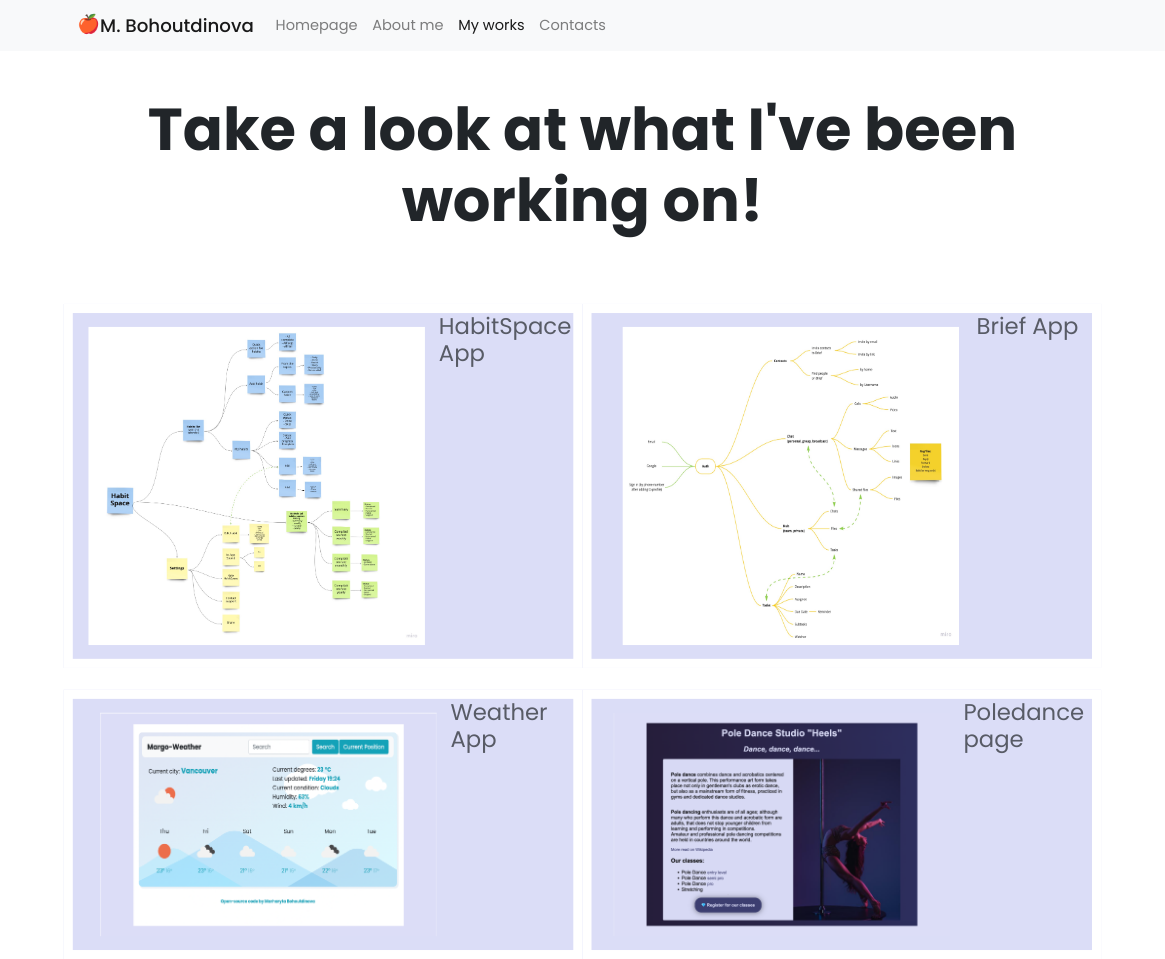
Repository: Bohoutdinova/Portfolio_week-4
Page: works.html
The author's editor kept a copy of each file at every save. The page is drawn from the files as they stood at one save, then again after the next save.
The browser window is 1280 px wide. The pictures show the whole page, at 91% of full size.

Above is the page before, as saved 2022-08-12 16:33:47.

After the next save:
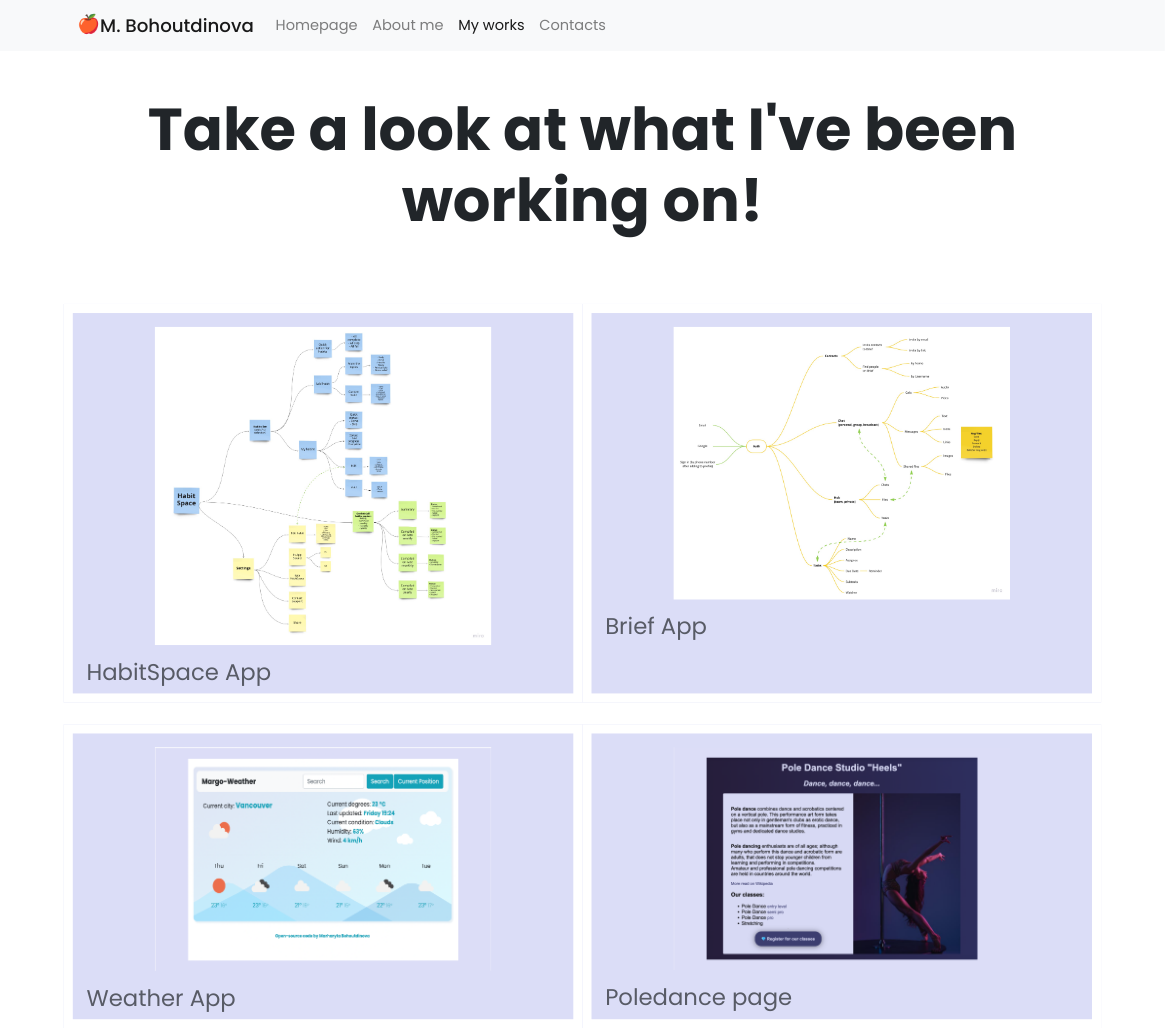
Saved 73 s later.
--- a/src/style.css
+++ b/src/style.css
@@ -117,10 +117,6 @@
 .img-color {
   background-color: rgb(196, 199, 242, 0.6);
   border: 10px solid white;
-  justify-content: center;
-  display: flex;
+  /* justify-content: center;
+  display: flex; */
 }
-.works-app-head {
-  display: block;
-  justify-content: center;
-}

After the save that followed:
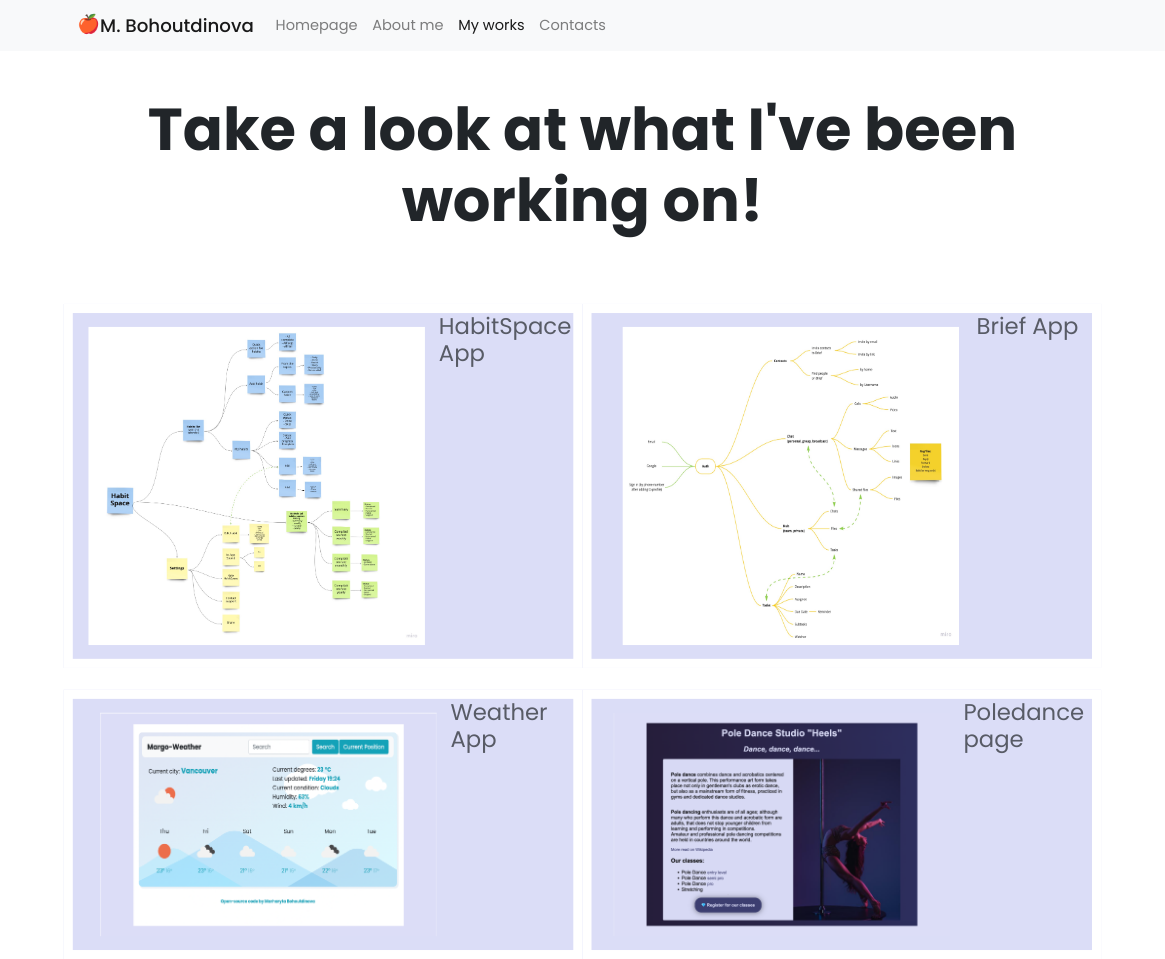
Saved 17 s later.
--- a/src/style.css
+++ b/src/style.css
@@ -117,6 +117,6 @@
 .img-color {
   background-color: rgb(196, 199, 242, 0.6);
   border: 10px solid white;
-  /* justify-content: center;
-  display: flex; */
+  justify-content: center;
+  display: flex;
 }
